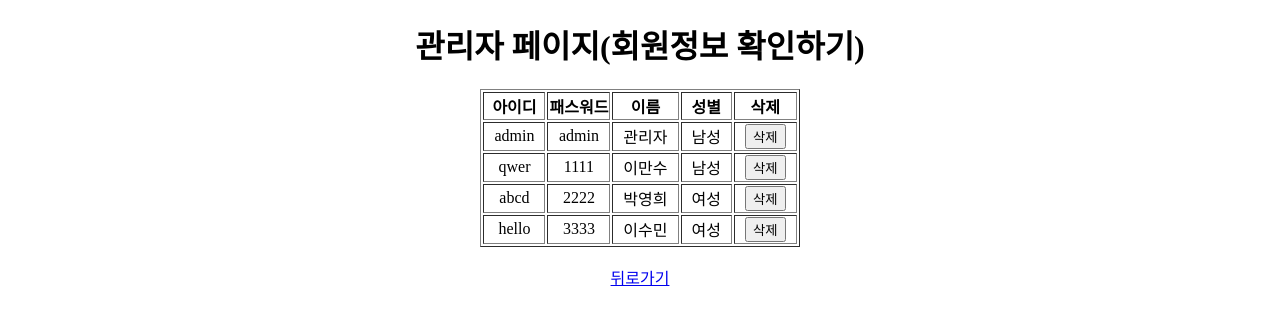
Repository: jjuhye/JSPWorkspace
Page: http://localhost/basic/05_memberLogin/01_12_adminUserList.jsp
These files come from the project's save history. The page is drawn as it stood at one moment and after the next save; the edit follows.
The browser window is 1280 px wide. The pictures show the whole page.
The page is served by Tomcat 9. Other server files are loaded and not shown.

Above is the page before, as saved 2023-02-23 03:40:47.

### basic/src/main/webapp/05_memberLogin/01_12_adminUserList.jsp
<%@page import="basic.MemberDAO"%>
<%@page import="java.util.ArrayList"%>
<%@page import="java.util.List"%>
<%@ page language="java" contentType="text/html; charset=UTF-8"
    pageEncoding="UTF-8"%>
<!DOCTYPE html>
<html>
<head>
<meta charset="UTF-8">
<title>Insert title here</title>
<link rel="stylesheet" href="./member.css">
</head>
<body>
<div align="center">
	<h1> 관리자 페이지(회원정보 확인하기) </h1>
	<table border="1">
	    <tr><th>아이디</th><th>패스워드</th><th>이름</th><th>성별</th><th>삭제</th></tr>

	    <%
	    String[][] mList=MemberDAO.getInstance().memberList();

	    for(int i=0; i<mList.length; i++){
	    %>
	    	<tr><td><%=mList[i][0] %></td><td><%=mList[i][1] %></td>
	    	<td><%=mList[i][2] %></td><td><%=mList[i][3] %></td>
	    	<td><button onclick="location.href='01_13_adminUserDelete.jsp?delIdx=<%=i %>'">삭제</button></td>

	    <%}%>
	</table><br>
	<a href="01_11_adminMain.jsp">뒤로가기</a>
</div>
</body>
</html>

### basic/src/main/java/basic/MemberDAO.java
package basic;

import java.util.ArrayList;

public class MemberDAO {

	private ArrayList<MemberVO> list;
	private MemberDAO() {
		list= new ArrayList<MemberVO>();
		setDummy();
	}

	static private MemberDAO instance = new MemberDAO();
	static public MemberDAO getInstance() {
		return instance;
	}

	void setDummy() {
		list.add(new MemberVO("admin","admin","관리자","남성"));
		list.add(new MemberVO("qwer","1111","이만수","남성"));
		list.add(new MemberVO("abcd","2222","박영희","여성"));
		list.add(new MemberVO("hello","3333","이수민","여성"));
	}

	//아이디 존재 여부확인
	public boolean isID(String id) {
		for(int i=0; i<list.size(); i++) {
			if(list.get(i).getId().equals(id)) {
				return true;
			}
		}
		return false;
	}

	//아이디 인덱스번호 찾기
	public int checkId(String id) {
		for(int i=0; i<list.size(); i++) {
			if(list.get(i).getId().equals(id)) {
				return i;
			}
		}
		return -1;
	}

	//아이디와 비밀번호 일치 여부 확인
	public boolean checkPw(String pw, int idIdx) {
		if(idIdx!=-1) {
			for(int i=0; i<list.size(); i++) {
				if(list.get(i).getPw().equals(pw) && i==idIdx) {
					return true;
				}
			}
		}
		return false;
	}

	//멤버 목록 생성
	public String[][] memberList() {
		String[][] member=new String[list.size()][4];
		for(int i=0; i<list.size(); i++) {
			member[i][0]=list.get(i).getId();
			member[i][1]=list.get(i).getPw();
			member[i][2]=list.get(i).getName();
			member[i][3]=list.get(i).getGender();
		}
		return member;
	}

	//멤버 삭제
	public void delMember(int idx) {
		list.remove(idx);
	}

	//멤버 생성
	public void addMember(String id, String pw, String name,String gender) {
		list.add(new MemberVO(id,pw,name,gender));
	}

	//특정 멤버 데이터 전달
	public String[] memberData(int idx) {
		String[] memberOne=new String[4];
		memberOne[0]=list.get(idx).getId();
		memberOne[1]=list.get(idx).getPw();
		memberOne[2]=list.get(idx).getName();
		memberOne[3]=list.get(idx).getGender();
		return memberOne;
	}

	//멤버 수정
	public void updateMember(int idx, String id, String pw, String name,String gender) {
		MemberVO newMem=new MemberVO(id,pw,name,gender);
		list.set(idx, newMem);
	}
}

### basic/src/main/java/basic/MemberVO.java
package basic;

public class MemberVO {

	private String id;
	private String pw;
	private String name;
	private String gender;

	public MemberVO(String id, String pw, String name, String gender) {
		super();
		this.id=id;
		this.pw=pw;
		this.name=name;
		this.gender=gender;

	}

	public String getId() {
		return id;
	}

	public void setId(String id) {
		this.id = id;
	}

	public String getPw() {
		return pw;
	}

	public void setPw(String pw) {
		this.pw = pw;
	}

	public String getName() {
		return name;
	}

	public void setName(String name) {
		this.name = name;
	}

	public String getGender() {
		return gender;
	}

	public void setGender(String gender) {
		this.gender = gender;
	}

	@Override
	public String toString() {
		return "[id=" + id + ", pw=" + pw + ", name=" + name + ", gender=" + gender + "]";
	}

}

### basic/src/main/webapp/05_memberLogin/member.css
@charset "UTF-8";

/* table{
	text-align: center;
} */

/* tr:nth-child(1){
	background-color:lightgray;
	font-weight: bold;
} */

td{
	padding: 1px 10px;
	text-align:center;
}

After the next save:
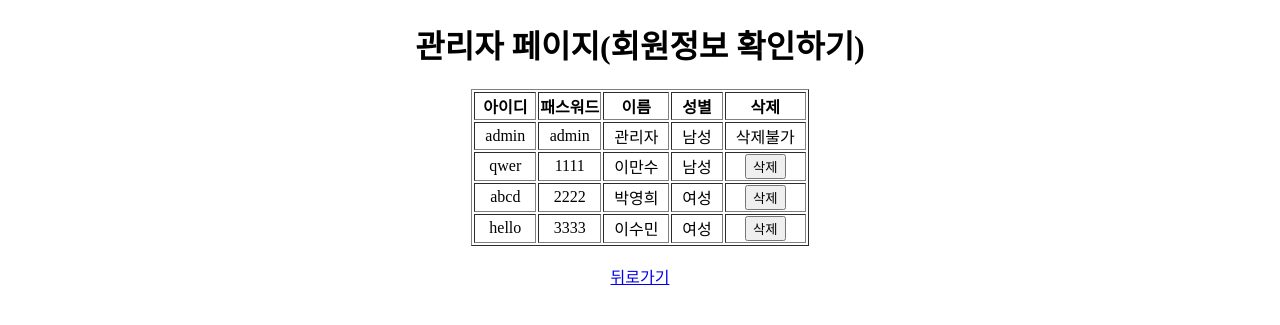
Saved 4 min 2 s later.
--- a/basic/src/main/webapp/05_memberLogin/01_12_adminUserList.jsp
+++ b/basic/src/main/webapp/05_memberLogin/01_12_adminUserList.jsp
@@ -23,9 +23,14 @@
 	    %>
 	    	<tr><td><%=mList[i][0] %></td><td><%=mList[i][1] %></td>
 	    	<td><%=mList[i][2] %></td><td><%=mList[i][3] %></td>
+	    	<%
+	    	if(i==0){
+	    		%><td>삭제불가</td>
+	    	<%}else{%>
+
 	    	<td><button onclick="location.href='01_13_adminUserDelete.jsp?delIdx=<%=i %>'">삭제</button></td>
 
-	    <%}%>
+	    <%}}%>
 	</table><br>
 	<a href="01_11_adminMain.jsp">뒤로가기</a>
 </div>
